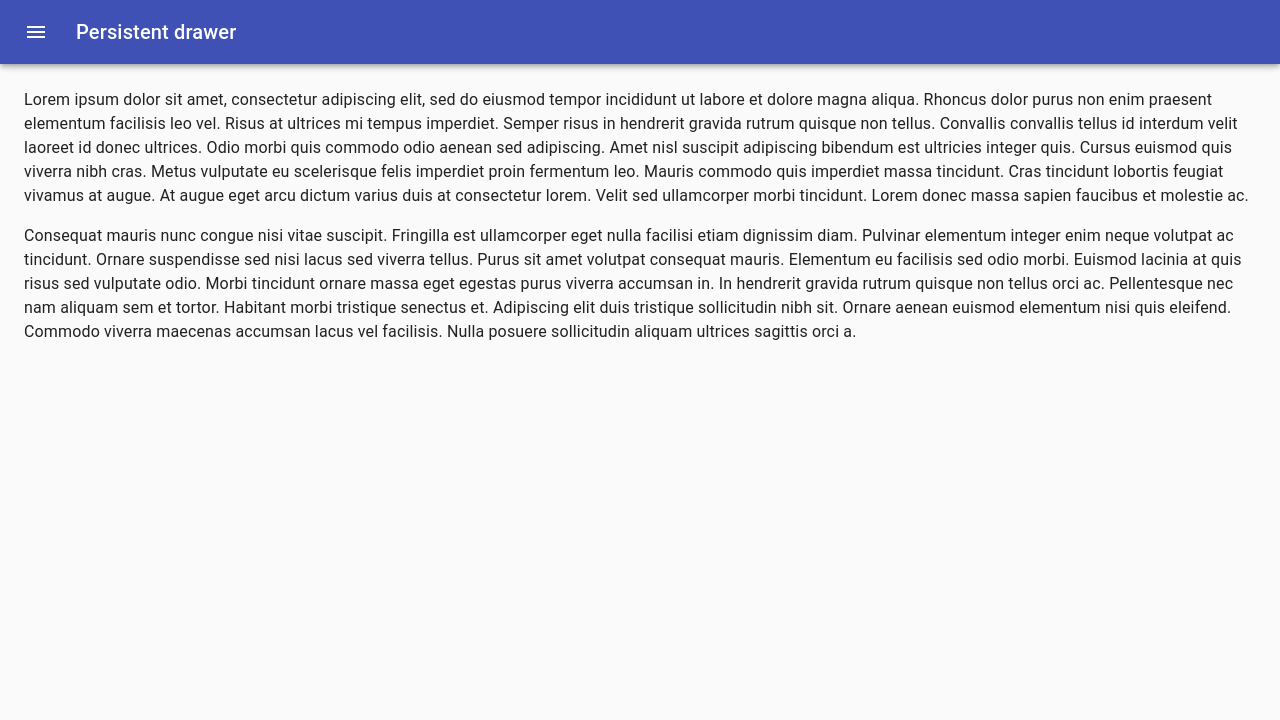
Repository: liaobushi520/react_fake_wechat
Page: /
These files come from the project's save history. The page is drawn as it stood at one moment and after the next save; the edit follows.
The browser window is 1280 px wide. The pictures show the whole page.
The project was rebuilt for these pictures with package versions that can differ from the ones it lists, and the page was loaded fresh each time.

Above is the page before, as saved 2019-10-29 17:57:44.

After the next save:
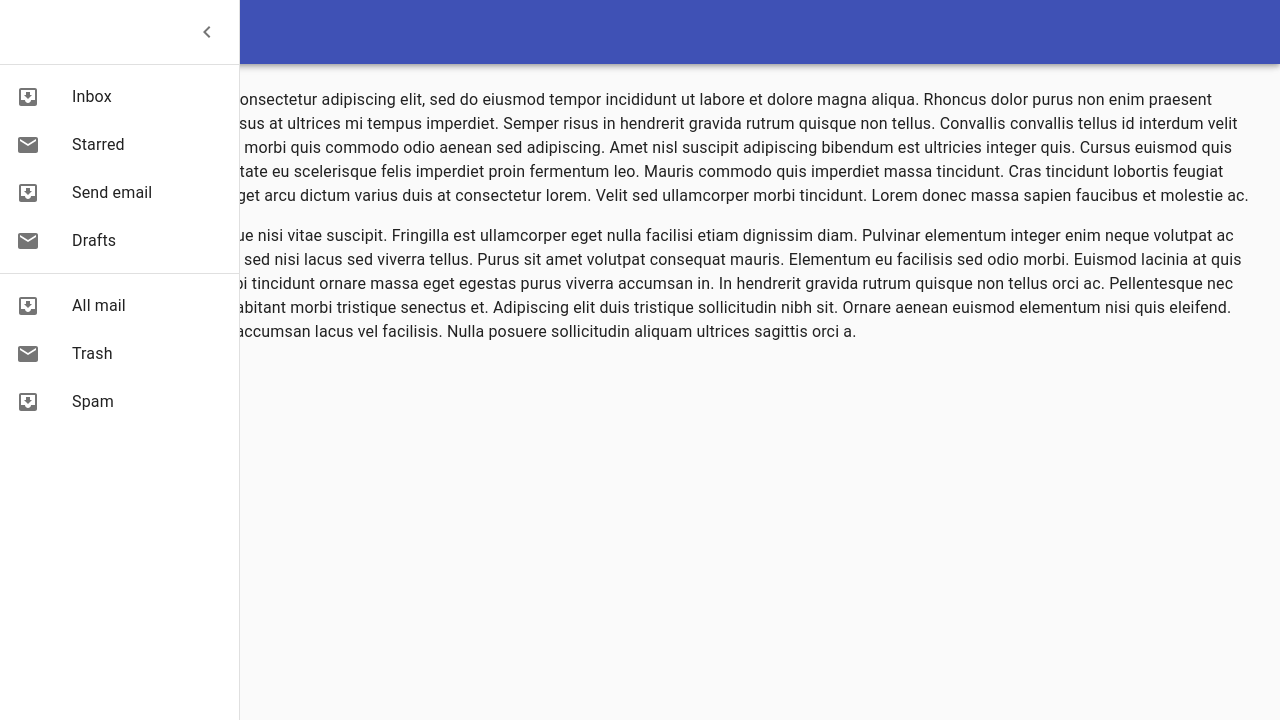
Saved 11 min 16 s later.
--- a/src/PersistentDrawerLeft.tsx
+++ b/src/PersistentDrawerLeft.tsx
@@ -73,7 +73,7 @@ const useStyles = makeStyles((theme: Theme) =>
                 easing: theme.transitions.easing.easeOut,
                 duration: theme.transitions.duration.enteringScreen,
             }),
-            marginLeft: 100,
+            marginLeft: 0,
         },
     }),
 );
@@ -119,7 +119,7 @@ export default function PersistentDrawerLeft() {
             </AppBar>
             <Drawer
                 className={classes.drawer}
-                variant="persistent"
+                variant="permanent"
                 anchor="left"
                 open={open}
                 classes={{
